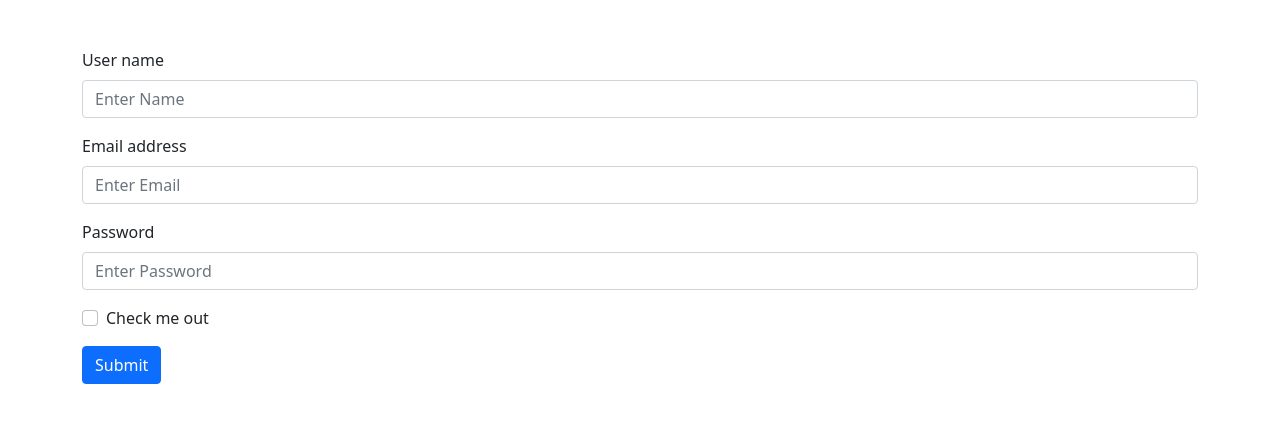
Repository: IamPawan777/spring-MCV
Page: http://localhost/p4.1-sending-data-to-controller/form
An editor plug-in stored every save of this project. The page is shown before and after the next save, followed by the edit.
The browser window is 1280 px wide. The pictures show the whole page.
The page is served by Tomcat 9.

Above is the page before, as saved 2025-01-13 13:49:24.

After the next save:
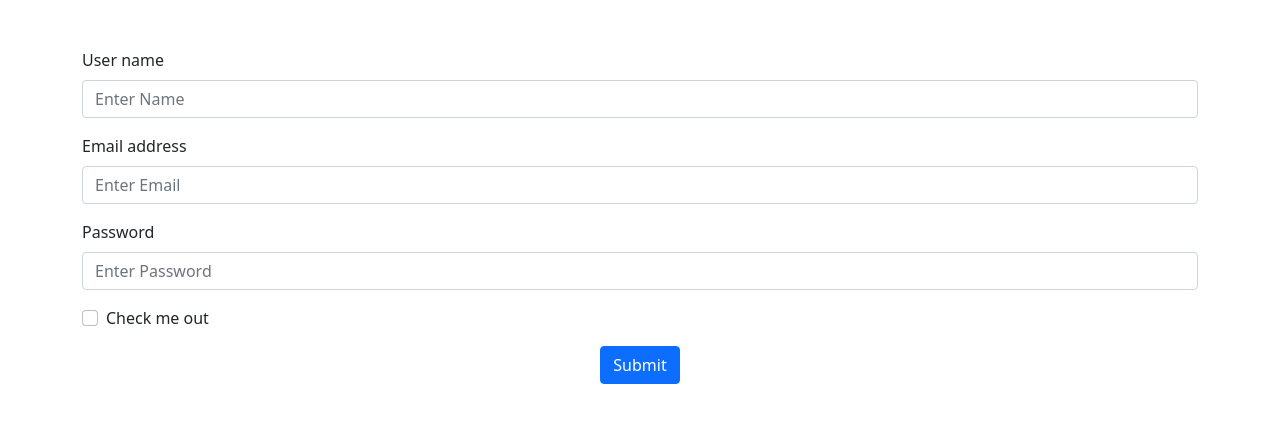
Saved 59 s later.
--- a/p4.1-sending-data-to-controller/src/main/webapp/WEB-INF/pages/form.jsp
+++ b/p4.1-sending-data-to-controller/src/main/webapp/WEB-INF/pages/form.jsp
@@ -43,7 +43,10 @@
 				<label class="form-check-label" for="exampleCheck1">Check me
 					out</label>
 			</div>
-			<button type="submit" class="btn btn-primary">Submit</button>
+
+			<div class="container text-center" >
+				<button type="submit" class="btn btn-primary">Submit</button>
+			</div>
 		</form>
 	</div>
 
